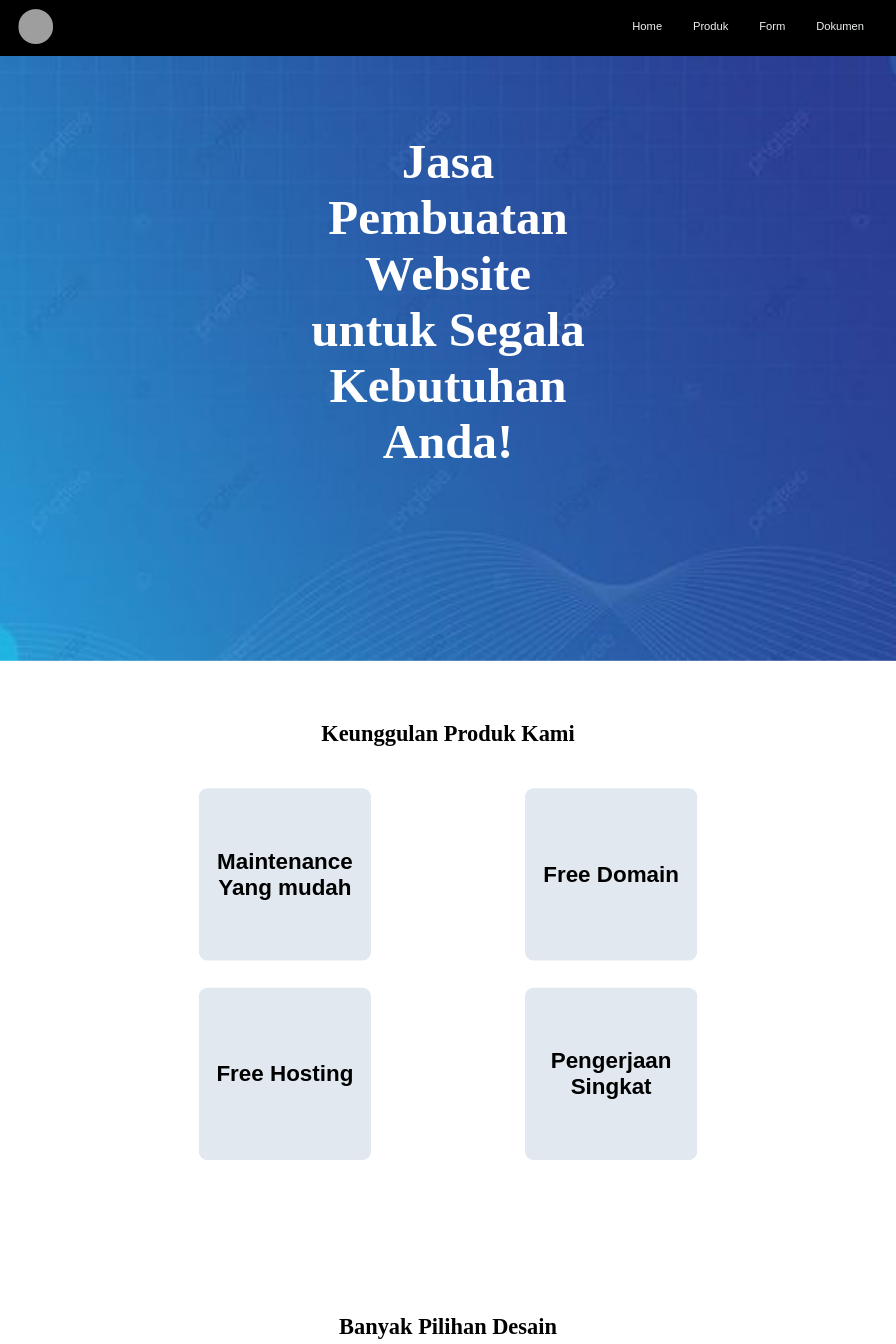
Repository: zecht12/TimModul
Page: TimModul.html
The author's editor kept a copy of each file at every save. The page is drawn from the files as they stood at one save, then again after the next save.
The browser window is 1280 px wide. The pictures show the part of the page from y = 0 to 1920 px (the page is 3920 px tall), at 70% of full size.
Pictures or frames that could not be fetched are drawn as grey boxes.

Above is the page before, as saved 2023-04-25 19:05:36.

### TimModul.html
<!DOCTYPE html>
<html lang="en">
<head>
    <meta charset="UTF-8">
    <meta http-equiv="X-UA-Compatible" content="IE=edge">
    <meta name="viewport" content="width=device-width, initial-scale=1.0">
    <link rel="stylesheet" href="style.css">
    <script src="script.js"></script>
    <title>Jasa Coding</title>
</head>
<body>
    <div style="height: 80px; width: 100%; background-color: black;">
        <header>
            <img src="./assets/wallpaper.jpg" alt="Image" style="height: 50px; width: 50px; border-radius: 100%;" >
            <ul class="nav_links">
                <li><a href="#">Home</a></li>
                <li><a href="#">Produk</a></li>
                <li><a href="#">Form</a></li>
                <li><a href="#">Dokumen</a></li>
            </ul>
        </headers>
    </div>
    <div style="background-image: url(./assets/bg.jpg); background-size: cover; background-position: top; width: 100%; height: 120vh; background-repeat: no-repeat; background-position: center;">
        <div style="display: flex; justify-content: space-around; align-items: center; padding: 5%; width: auto; height: auto;">
            <div style="height: auto; width: 15%; display: flex; justify-content: center; align-items: center;">

            </div>
            <div style="height: auto; width: 70%;">
                <div style=" display: flex; justify-content: center; align-items: center;">
                    <h1 style="text-align: center; color: white; font-size: 70px; font-weight: 900; width: 50%;">Jasa Pembuatan Website untuk Segala Kebutuhan Anda!</h1>
                </div>
            </div>
            <div style="height: auto; width: 15%; display: flex; justify-content: center; align-items: center;">

            </div>
        </div>
    </div>
    <div style="width: 100%; height: 120vh;">
        <h1 style="text-align: center; padding-top: 5%;">Keunggulan Produk Kami</h1>
        <div class="produk3" id="produk3" >
            <a href="" style="padding: 2%; background-color: #E2E8F0; border-radius: 5%; height: 200px; width: 200px; display: grid; justify-items: center; align-items: center;">
                <h1 style="text-align: center; color: black;">Maintenance Yang mudah</h1>
            </a>
            <a href="" style="padding: 2%; background-color: #E2E8F0; border-radius: 5%; height: 200px; width: 200px; display: grid; justify-items: center; align-items: center;">
                <h1 style="text-align: center; color: black;">Free Domain</h1>
            </a>
        </div>
        <div class="produk3" id="produk3" >
            <a href="" style="padding: 2%; background-color: #E2E8F0; border-radius: 5%; height: 200px; width: 200px; display: grid; justify-items: center; align-items: center;">
                <h1 style="text-align: center; color: black;">Free Hosting</h1>
            </a>
            <a href="" style="padding: 2%; background-color: #E2E8F0; border-radius: 5%; height: 200px; width: 200px; display: grid; justify-items: center; align-items: center;">
                <h1 style="text-align: center; color: black;">Pengerjaan Singkat</h1>
            </a>
        </div>
    </div>
    <div style="width: 100%; height: 120vh; padding-top: 2%;">
        <h1 style="text-align: center; font-size: xx-large; font: bolder;">Banyak Pilihan Desain</h1>
        <p style="text-align: center; font: caption;">Pilih satu dari puluhan desain yang tersedia</p>
        <div class="produk" id="produk" >
            <a href="" style="padding: 2%; background-color: #E2E8F0; border-radius: 5%; display: flex; justify-items: center; align-items: center;">
                <img src="./assets/web.jpeg" alt="Image" style="height: 150px; width: 250px;" >
            </a>
            <a href="" style="padding: 2%; background-color: #E2E8F0; border-radius: 5%; display: flex; justify-items: center; align-items: center;">
                <img src="./assets/web1.jpeg" alt="Image" style="height: 150px; width: 250px;" >
            </a>
            <a href="" style="padding: 2%; background-color: #E2E8F0; border-radius: 5%; display: flex; justify-items: center; align-items: center;">
                <img src="./assets/web2.jpg" alt="Image" style="height: 150px; width: 250px;" >
            </a>
        </div>
        <div class="produk1" id="produk1" >
            <a href="" style="padding: 2%; background-color: #E2E8F0; border-radius: 5%; display: flex; justify-items: center; align-items: center;">
                <img src="./assets/web3.jpg" alt="Image" style="height: 150px; width: 250px;" >
            </a>
            <a href="" style="padding: 2%; background-color: #E2E8F0; border-radius: 5%; display: flex; justify-items: center; align-items: center;">
                <img src="./assets/web4.jpg" alt="Image" style="height: 150px; width: 250px;" >
            </a>
            <a href="" style="padding: 2%; background-color: #E2E8F0; border-radius: 5%; display: flex; justify-items: center; align-items: center;">
                <img src="./assets/web5.jpg" alt="Image" style="height: 150px; width: 250px;" >
            </a>
        </div>
        <div class="produk2" id="produk2" >
            <a href="" style="padding: 2%; background-color: #E2E8F0; border-radius: 5%; display: flex; justify-items: center; align-items: center;">
                <img src="./assets/web6.jpg" alt="Image" style="height: 150px; width: 250px;" >
            </a>
            <a href="" style="padding: 2%; background-color: #E2E8F0; border-radius: 5%; display: flex; justify-items: center; align-items: center;">
                <img src="./assets/web7.jpg" alt="Image" style="height: 150px; width: 250px;" >
            </a>
        </div>
        <h1 style="text-align: center; font-size: xx-large; font: bolder;">Harga Mulai:</h1>
        <p style="text-align: center; font: caption;">Rp 800.000 - Rp 2.000.000</p>
        <p style="text-align: center; font: caption;">Checkout dengan mengisi form dibawah</p>
    </div>
    <h1 style="margin-top: 22%; text-align: center;">Pesan Website Kami</h1>
    <div class="forms" id="forms" >
        <form style=" padding-bottom: 8%; padding-left: 8%; padding-right: 8%; padding-top: 4%;">
            <div class="Formnama">
                <label for="Nama" class="Labelnama">Nama anda</label><br>
                <input type="text" id="Nama" name="Nama" class="Nama">
            </div>

            <div class="Formemail">
                <label for="Email" class="Labelemail">Email yang dapat dihubungi</label>
                <input type="text" id="Email" name="Email" class="Email">
            </div>

            <p for="Pilihan" class="Pilihan">Jasa yang dapat anda pilih</p>
            <div style="padding-bottom: 5%;">
                <input type="radio" id="FrontEnd" name="fav_language" value="FrontEnd">
                <label for="FrontEnd">FrontEnd Web</label>

                <input type="radio" id="BackEnd" name="fav_language" value="BackEnd">
                <label for="BackEnd">BackEnd Web</label>

                <input type="radio" id="FullStack" name="fav_language" value="FullStack">
                <label for="FullStack">FullStack Web</label><br>
            </div>

            <div>
                <p style="color: black; font-weight: bold; padding-bottom: 1%;">Keterangan Secara lengkap</p>
                <textarea></textarea>
            </div>

            <div style="display: flex; justify-content: center; align-items: center;">
                <input type="submit" value="Submit" class="Button">
            </div>
        </form>
    </div>
    <div style="display: flex; justify-content: center; align-items: center; width: 100%;">
        <table style="width: 80%; height: auto; border-collapse: collapse;">
            <tr>
                <th>Nama lengkap</th>
                <th>Email</th>
                <th>Jasa yang dipilih</th>
                <th>Keterangan Secara lengkap</th>
            </tr>
            <tr>
                <td></td>
                <td></td>
                <td></td>
                <td></td>
            </tr>
        </table>
    </div>
    <div style="height: 50px; width: 100%; background-color: black; justify-content: center; align-items: center;">
        <p style="color: white; text-align: center; padding-top: 20px;">&copy;2023 Tim Modul, Inc. All Rights Reserved</p>
    </div>
</body>
</html>

### style.css
body{
    height: auto;
    width: 100%;
    margin: auto;
    padding: auto;
}
header{
    display: flex;
    align-items: center;
    justify-content: space-between;
    padding-left: 2%;
    padding-right: 2%;
    padding-top: 1%;
}
li,a, button{
    font-family: "Montserrat", sans-serif;
    font-size: 16px;
    color: #edf0f1;
    text-decoration: none;
}
.produk{
    padding-left: 5%;
    padding-right: 5%;
    padding-top: 3%;
    display: flex;
    justify-content: space-around;
    align-items: center;
}
.produk1{
    padding-left: 5%;
    padding-right: 5%;
    padding-top: 3%;
    display: flex;
    justify-content: space-around;
    align-items: center;
}
.produk2{
    padding-left: 5%;
    padding-right: 5%;
    padding-top: 3%;
    display: flex;
    justify-content: space-evenly;
    align-items: center;
}
.produk3{
    padding-left: 5%;
    padding-right: 5%;
    padding-top: 3%;
    display: flex;
    justify-content: space-evenly;
    align-items: center;
}
.produk a:hover{
    transform: scale(110%);
}
.produk1 a:hover{
    transform: scale(110%);
}
.produk2 a:hover{
    transform: scale(110%);
}
.nav_links{
    list-style: none;
}
.nav_links li{
    display: inline-block;
    padding: 0px 20px;
}
.nav_links li a:hover{
    color: #0088a9;
}
.forms{
    height: auto;
    width: 100%;
    display: flex;
    justify-content: center;
    align-items: flex-start;
    padding-top: 1%;
    padding-bottom: 5%;
}
th{
    height: 30px;
    text-align: center;
    color: black;
    font: bold;
    border-style:solid;
    border-color: black;
    padding: 1%;
}
td{
    padding: 1%;
    height: 50px;
    text-align: center;
    color: black;
    border-style:solid;
    border-color: black;
}
label {
    color: black;
    font-weight: bold;
    width: 130px;
}
.Button {
    padding: 10px;
    border: 1px solid black;
    background-color:aliceblue;
    border-radius: 5px;
    font: inherit;
    cursor: pointer;
}
.Button:hover{
    border: 1px solid #0088a9;
    background-color:#0088a9;
    cursor: pointer;
}
.Pilihan{
    margin: auto;
    padding-top: 3%;
    padding-bottom: 20px;
    font-weight: bold;
    color: black;
}
.Nama{
    width: 100%;
    height: 20px;
    margin-top: 2%;
}
.Email{
    width: 100%;
    height: 20px;
    margin-top: 2%;
}
.Formemail{
    padding-top: 5%;
}
textarea{
    width: 100%;
    height: 100px;
    margin-bottom: 5%;
}

Loaded but not shown: script.js (no copy from this time; the picture is the same without it)

After the next save:
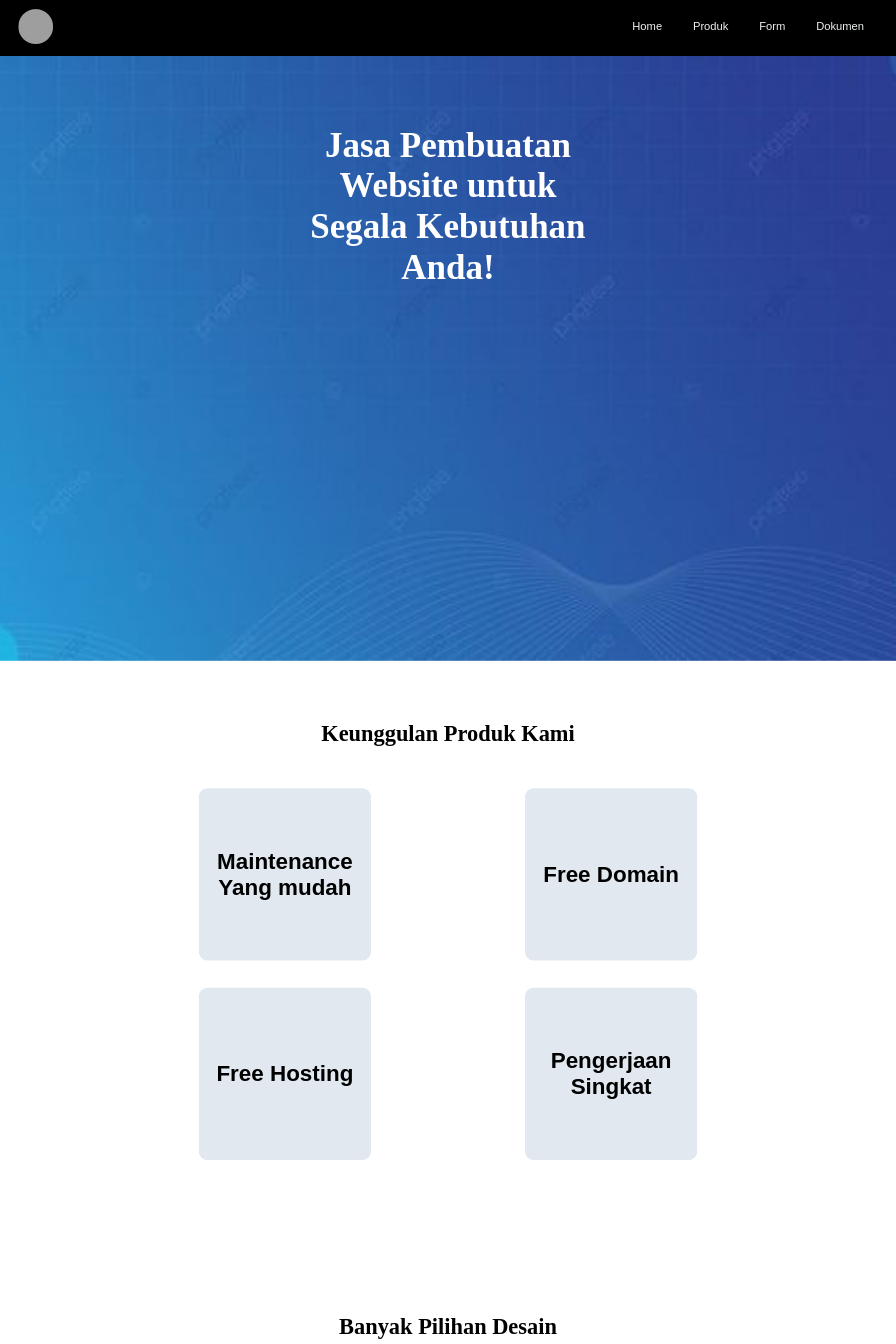
Saved 6 s later.
--- a/TimModul.html
+++ b/TimModul.html
@@ -27,7 +27,7 @@
             </div>
             <div style="height: auto; width: 70%;">
                 <div style=" display: flex; justify-content: center; align-items: center;">
-                    <h1 style="text-align: center; color: white; font-size: 70px; font-weight: 900; width: 50%;">Jasa Pembuatan Website untuk Segala Kebutuhan Anda!</h1>
+                    <h1 style="text-align: center; color: white; font-size: 50px; font-weight: 900; width: 50%;">Jasa Pembuatan Website untuk Segala Kebutuhan Anda!</h1>
                 </div>
             </div>
             <div style="height: auto; width: 15%; display: flex; justify-content: center; align-items: center;">
